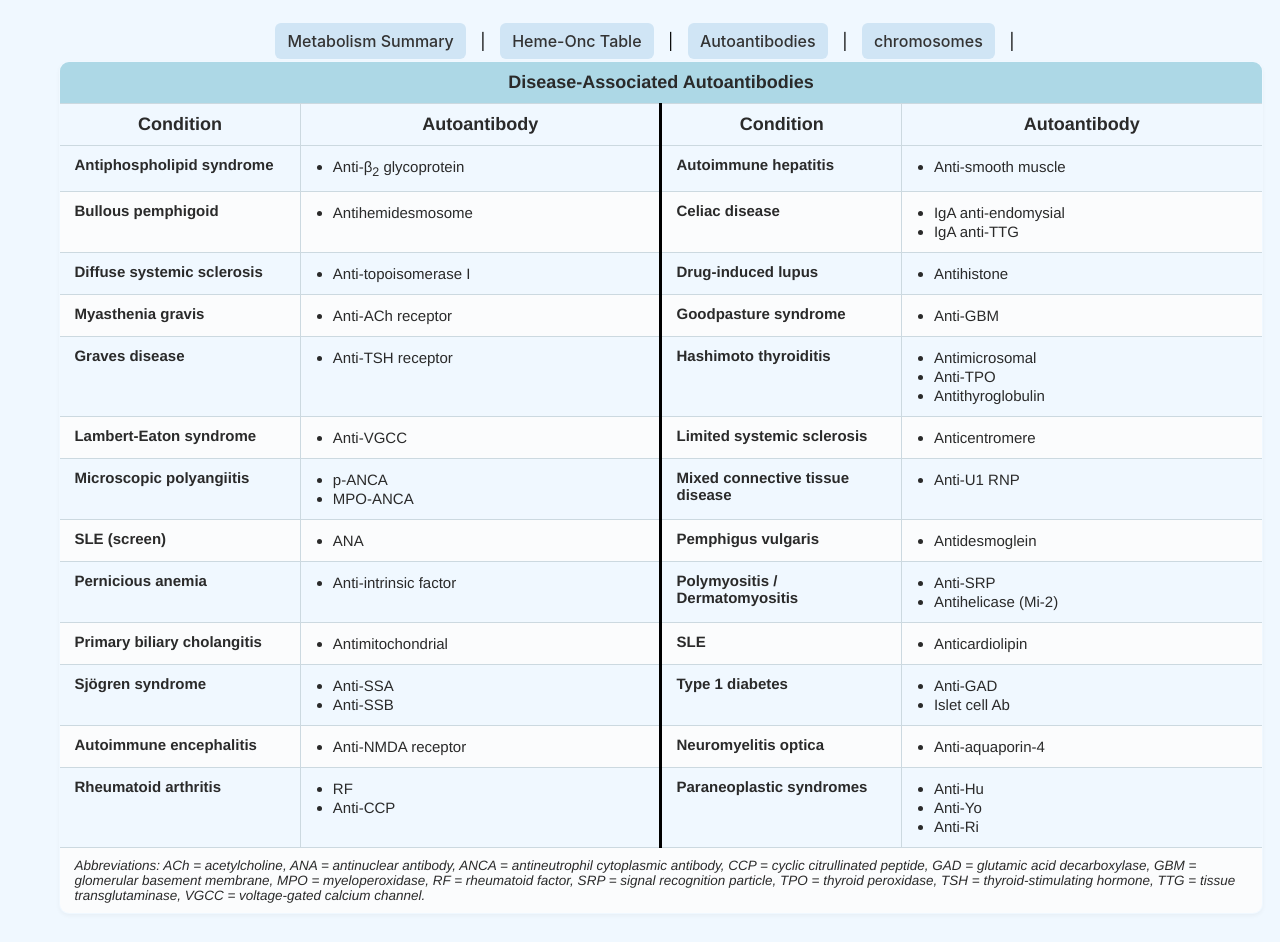
Repository: sharperdragon/STEVEL-1-Summaries
Page: subdex/autoantibodies.html
These files come from the project's save history. The page is drawn as it stood at one moment and after a run of saves; the edit follows.
The browser window is 1280 px wide. The pictures show the whole page.

Above is the page before, as saved 2025-05-19 07:03:11.

### subdex/autoantibodies.html
<!DOCTYPE html>
<html lang="en">
<head>
    <meta charset="UTF-8">
    <meta name="viewport" content="width=device-width, initial-scale=1.0">
    <title>Summary tables</title>
    <link rel="stylesheet" href="/STEVEL-1-Summaries/static/style.css">
    <link rel="icon" href="/STEVEL-1-Summaries/subdex/metabolism.html">
</head>

<body>
  <nav style="margin: 10px 0; text-align: center;">
  <a href="subdex/metabolism.html" class="nav-link">Metabolism Summary</a> |
  <a href="subdex/hemeonc.html" class="nav-link">Heme-Onc Table</a> |
  <a href="subdex/autoantibodies.html" class="nav-link">Autoantibodies</a> |
  <a href="subdex/chromosomes.html" class="nav-link">chromosomes</a> |
</nav>
<div class="table-responsive">
<table class="autoantibody-table" border="1" cellspacing="0" cellpadding="6" style="border-collapse: collapse; width: 100%;">
  <thead>
    <tr>
      <th colspan="4" style="background-color: #add8e6; text-align: center; font-size: 1.2em;">
        <strong>Disease-Associated Autoantibodies</strong>
      </th>
    </tr>
    <tr>
      <th style="background-color: #f0f8ff; text-align: center;">Condition</th>
      <th style="background-color: #f0f8ff; text-align: center; border-right: 3px solid black;">Autoantibody</th>
      <th style="background-color: #f0f8ff; text-align: center;">Condition</th>
      <th style="background-color: #f0f8ff; text-align: center;">Autoantibody</th>
    </tr>
  </thead>
  <tbody>
    <tr>
      <td><strong>Antiphospholipid syndrome</strong></td>
      <td style="border-right: 3px solid black;"><ul><li>Anti-β<sub>2</sub> glycoprotein</li></ul></td>
      <td><strong>Autoimmune hepatitis</strong></td>
      <td><ul><li>Anti-smooth muscle</li></ul></td>
    </tr>
    <tr>
      <td><strong>Bullous pemphigoid</strong></td>
      <td style="border-right: 3px solid black;"><ul><li>Antihemidesmosome</li></ul></td>
      <td><strong>Celiac disease</strong></td>
      <td><ul><li>IgA anti-endomysial</li><li>IgA anti-TTG</li></ul></td>
    </tr>
    <tr>
      <td><strong>Diffuse systemic sclerosis</strong></td>
      <td style="border-right: 3px solid black;"><ul><li>Anti-topoisomerase I</li></ul></td>
      <td><strong>Drug-induced lupus</strong></td>
      <td><ul><li>Antihistone</li></ul></td>
    </tr>
    <tr>
      <td><strong>Myasthenia gravis</strong></td>
      <td style="border-right: 3px solid black;"><ul><li>Anti-ACh receptor</li></ul></td>
      <td><strong>Goodpasture syndrome</strong></td>
      <td><ul><li>Anti-GBM</li></ul></td>
    </tr>
    <tr>
      <td><strong>Graves disease</strong></td>
      <td style="border-right: 3px solid black;"><ul><li>Anti-TSH receptor</li></ul></td>
      <td><strong>Hashimoto thyroiditis</strong></td>
      <td><ul><li>Antimicrosomal</li><li>Anti-TPO</li><li>Antithyroglobulin</li></ul></td>
    </tr>
    <tr>
      <td><strong>Lambert-Eaton syndrome</strong></td>
      <td style="border-right: 3px solid black;"><ul><li>Anti-VGCC</li></ul></td>
      <td><strong>Limited systemic sclerosis</strong></td>
      <td><ul><li>Anticentromere</li></ul></td>
    </tr>
    <tr>
      <td><strong>Microscopic polyangiitis</strong></td>
      <td style="border-right: 3px solid black;"><ul><li>p-ANCA</li><li>MPO-ANCA</li></ul></td>
      <td><strong>Mixed connective tissue disease</strong></td>
      <td><ul><li>Anti-U1 RNP</li></ul></td>
    </tr>
    <tr>
      <td><strong>SLE (screen)</strong></td>
      <td style="border-right: 3px solid black;"><ul><li>ANA</li></ul></td>
      <td><strong>Pemphigus vulgaris</strong></td>
      <td><ul><li>Antidesmoglein</li></ul></td>
    </tr>
    <tr>
      <td><strong>Pernicious anemia</strong></td>
      <td style="border-right: 3px solid black;"><ul><li>Anti-intrinsic factor</li></ul></td>
      <td><strong>Polymyositis / Dermatomyositis</strong></td>
      <td><ul><li>Anti-SRP</li><li>Antihelicase (Mi-2)</li></ul></td>
    </tr>
    <tr>
      <td><strong>Primary biliary cholangitis</strong></td>
      <td style="border-right: 3px solid black;"><ul><li>Antimitochondrial</li></ul></td>
      <td><strong>SLE</strong></td>
      <td><ul><li>Anticardiolipin</li></ul></td>
    </tr>
    <tr>
      <td><strong>Sjögren syndrome</strong></td>
      <td style="border-right: 3px solid black;"><ul><li>Anti-SSA</li><li>Anti-SSB</li></ul></td>
      <td><strong>Type 1 diabetes</strong></td>
      <td><ul><li>Anti-GAD</li><li>Islet cell Ab</li></ul></td>
    </tr>
    <tr>
      <td><strong>Autoimmune encephalitis</strong></td>
      <td style="border-right: 3px solid black;"><ul><li>Anti-NMDA receptor</li></ul></td>
      <td><strong>Neuromyelitis optica</strong></td>
      <td><ul><li>Anti-aquaporin-4</li></ul></td>
    </tr>
    <tr>
      <td><strong>Rheumatoid arthritis</strong></td>
      <td style="border-right: 3px solid black;"><ul><li>RF</li><li>Anti-CCP</li></ul></td>
      <td><strong>Paraneoplastic syndromes</strong></td>
      <td><ul><li>Anti-Hu</li><li>Anti-Yo</li><li>Anti-Ri</li></ul></td>
    </tr>
    <tr>
      <td colspan="4" style="font-size: 90%; padding-top: 10px;">
        <em>Abbreviations: ACh = acetylcholine, ANA = antinuclear antibody, ANCA = antineutrophil cytoplasmic antibody, CCP = cyclic citrullinated peptide, GAD = glutamic acid decarboxylase, GBM = glomerular basement membrane, MPO = myeloperoxidase, RF = rheumatoid factor, SRP = signal recognition particle, TPO = thyroid peroxidase, TSH = thyroid-stimulating hormone, TTG = tissue transglutaminase, VGCC = voltage-gated calcium channel.</em>
      </td>
    </tr>
  </tbody>
</table>
</div>
</body>

### static/style.css
:root {
  --header-bg: #d0e5f5;
  --subheader-bg: #f7f9fa;
  --border-color: #ccd9e0;
  --strong-divider: #6c8ca3;
  --row-alt-bg: #fbfcfd;
  --text-color: #2a2a2a;
  --font: "Helvetica Neue", Helvetica, Arial, sans-serif;
  --base-font-size: 15px;
  --header-font-size: 18px;
}
body {max-width: 100vw;}

.autoantibody-table {
  max-width: 94vw;
  border-collapse: collapse;
  font-family: var(--font);
  color: var(--text-color);
  font-size: var(--base-font-size);
  border: 1px solid var(--border-color);
  border-radius: 10px;
  overflow: hidden;
  margin: 1vh 3vw 1vh 3vw;
  box-shadow: 0 2px 4px rgba(0, 0, 0, 0.04);
}

.autoantibody-table th,
.autoantibody-table td {
  padding: 10px 14px;
  border: 1px solid var(--border-color);
  vertical-align: top;
  text-align: left;
}

/* Header styling */
.autoantibody-table thead th {
  background-color: var(--header-bg);
  font-size: var(--header-font-size);
  font-weight: 600;
  text-align: center;
}

/* Alternate row background */
.autoantibody-table tbody tr:nth-child(even) {
  background-color: var(--row-alt-bg);
}

/* Strong divider between antibody (col 2) and condition (col 3) */
.autoantibody-table td:nth-child(2) {
  border-right: 3px solid var(--strong-divider);
}

/* Condition columns emphasis */
.autoantibody-table td:nth-child(1),
.autoantibody-table td:nth-child(3) {
  font-weight: 500;
  width: 20%;
}

/* Antibody columns can expand more */
.autoantibody-table td:nth-child(2),
.autoantibody-table td:nth-child(4) {
  width: 30%;
}

/* Bullet list formatting */
.autoantibody-table ul {
  margin: 0;
  padding-left: 18px;
}

.autoantibody-table li {
  margin: 2px 0;
}

/* Responsive font scaling — enlarged */
@media (max-width: 1024px) {
  :root {
    --base-font-size: 15px;
    --header-font-size: 17px;
  }
}

@media (max-width: 768px) {
  :root {
    --base-font-size: 14px;
    --header-font-size: 16px;
  }
}

@media (max-width: 480px) {
  :root {
    --base-font-size: 13px;
    --header-font-size: 15px;
  }
}
body {
    font-family: "Rubik", -apple-system, system-ui, BlinkMacSystemFont, Segoe UI, Roboto, Helvetica, Arial, sans-serif;
    margin: 20px;
    padding: 1px;
    max-width: -webkit-fill-available;
    background-color: aliceblue;
}

.container {
    max-width: 98vw;
    margin: 3% auto;
    padding: 2%;
    background: #ffffff;
    border-radius: 8px;
    box-shadow: 0 4px 6px rgba(0, 0, 0, 0.1);
    display: flex;
    flex-direction: column; /* Stacks items vertically */
    align-items: unset; /* Centers items horizontally */
    gap: 3px; /* Adds consistent spacing */
}

h1 {
    text-align: center;
    color: #333333;
    padding: 1%;
}

label {
    font-weight: bold;
    margin: 0;
    display: block;
    padding: 1px;
}

textarea {
    width: 95%;
    margin-bottom: 10px;
    min-height:150px;
    padding: 10px;
    border: 1px solid #ddd;
    border-radius: 8px;
    padding: 1%;
    max-width: -webkit-fill-available;
}

/* Fix all divs to maintain consistent height */
div {
    position: relative; /* Prevents hover effects from changing layout */

}

/* Button Styles */
button {
    background-color: #007bff;
    display: inline-flex;
    gap: 10px;
    color: white;
    border: none;
    padding: 10px 15px;
    border-radius: 15px;
    cursor: pointer;
    font-size: 105%;
    box-shadow: 0 5px 10px rgba(0, 0, 0, 0.2);
    transition: transform 0.2s ease, box-shadow 0.2s ease;
    position: relative; /* Lock button in place */
    box-sizing: border-box; /* Ensure padding and border don't affect size */
    z-index: 1; /* Ensure hover effects stay above other elements */
    margin: 10px;
}

/* Hover effect without shifting elements */
button:hover {
    background-color: #0c66c6;
    color: offwhite;
    box-shadow: 0 8px 12px rgba(0, 0, 0, 0.3);
    transform: translateY(2px); /* Hover effect without affecting layout */
}

div#selection_buttons {
    display: flex;
    justify-content: space-between;
    align-items: center;
    width: 95%;
    margin: 0 0 1px 0;
    margin-top: 4px;
}

#mode_section {
    position: absolute;  /* Fixed positioning */
    top: 2px;
    right: 4px;
    width: 75px;         /* 🔒 Lock width */
    height: 20px;         /* 🔒 Lock height */
    background-color: #f9fbff;
    border: 2px solid #cee1fe;
    border-radius: 8px;
    padding: 4px 7px;
    font-size: 95%;
    opacity: 0.6;
    transition: background-color 0.3s ease, opacity 0.3s ease;
    display: flex;
    align-items: center;
    justify-content: center;
    z-index: 200;
}

#mode_section:hover {
    opacity: 1;
    background-color: #e8f0ff;
    border-top-left-radius:0px;
    border-bottom-left-radius:0px;
    border-left: none;
}

#mode_section span {
    font-weight: bold;
    pointer-events: none; /* So only the container triggers hover */
}
/* Hide the options by default */
.options_container {
    display: none;
    position: absolute;
    top: -2px;  /* below the #mode_section */
    right: 89px;
    /* background-color: white; */
    box-shadow: 0 6px 10px rgba(0, 0, 0, 0.1);
    padding: 0px;
    border-radius: 8px;
    z-index: 300;
    flex-direction: column;
    gap: 0;
    object-fit:contain;
    /* min-width: 120px; */
}

/* Reveal on hover without affecting layout */
#mode_section:hover .options_container {
    display: flex;
    border-top-right-radius:0px;
    border: 1px solid #d0e3ff;
    overflow:hidden;
}

.field_option {
    position: relative;
    overflow: hidden;
    cursor: pointer;
    font-size: 16px;
    transition: background-color 0.2s ease, transform 0.1s ease;
    background-color: #ffffff;
    padding: 10px 14px;
    border-radius: 0px;
    box-shadow: 0 -px 8px rgba(0, 0, 0, 0.1);
    margin: 0.2px 0;
    width: 60px;
    overflow:hidden;
}

.field_option:hover {
    background-color: #e0ecff;
    overflow:hidden;
}

.field_option:active {
    background-color: #d0dcf5;
    transform: scale(0.96);
    overflow:hidden;
}

.selected_field_option {
    background-color: #b9cdf9 !important;
    color: #003366;
    font-weight: bold;
}




/* Container for question list */
div#question_list {
    display: flex;
    flex-wrap: wrap; /* Allow wrapping of items to next row */
    gap: 10px; /* Space between items */
    overflow-x: auto; /* Enable horizontal scrolling */
    overflow-y: hidden; /* Disable vertical overflow */
    width: 95%;
    padding: 10px;
    box-sizing: border-box;
    border: 1px solid #b7d7fa;
    border-radius: 10px;
    min-height: 100px; /* Set a fixed height */
    max-height:60vh;
    overflow:auto;
}

/* Styling for each individual label (checkbox item) */
#question_list label {
    display: flex;
    align-items: center;
    justify-content: flex-start;
    box-sizing: border-box;
    padding: 1px 2px;
    background-color: #f9f9f9;
    border: 1px solid #ddd;
    border-radius: 5px;
    cursor: pointer;
    width: fit-content; /* 10 questions per row, adjust the width accordingly */
    min-width: 230px;
    word-wrap: normal; /* Break long words if necessary */
    max-height: 38px;
    padding: 8px 2px;
}
#question_list label span.id {
    padding-right:4px;
}

/* Ensures the checkboxes and text are aligned correctly */
#question_list input[type="checkbox"] {
    margin-right: 10px; /* Space between checkbox and text */
}

/* Styling for the question number */
.number {
    margin-right: 8px; /* Adjust the space between the number and ID */
}

.id {
    opacity: 0.7; /* Maintain the desired opacity for the question ID */
}

#copy_button {
    margin-left: auto;
}


/* Updated history section */
div#history_section {
    display: flex;
    gap: 10px;
    align-items: flex-start;
    margin-bottom: 10px;
}

div#history_section > div {
    flex: 1;
}

div#history_section > div > label {
    margin: 0;
}

div#history_section > div > select {
    width: 100%;
}

#history_select {
    padding: 8px;
    font-size: 100%;
    border-radius: 8px;
    border: 1px solid #ddd;
    background-color: #fff;
    box-shadow: 0 2px 4px rgba(0,0,0,0.05);
    transition: border-color 0.3s ease, box-shadow 0.3s ease;
}

#history_select:focus {
    border-color: #007bff;
    outline: none;
    box-shadow: 0 0 5px rgba(0,123,255,0.5);
}

.input-history-wrapper {
    display: flex;
    flex-direction: column;
    gap: 8px;
    margin-bottom: 12px;
}

.sticky-history {
    position: static;
    z-index: auto;
    background-color: white;
    padding-top: 4px;
    padding-bottom: 8px;
}

.history-feedback {
    position: relative;
    right: 0;
    top: -10px;
    font-size: 14px;
    color: green;
    animation: floatUpFade 0.7s ease forwards;
    pointer-events: none;
    user-select: none;
    z-index: 1000;
    white-space: nowrap;
}

/* Subtle button press animation */
button:active {
    transform: translateY(1px);
    box-shadow: 0 3px 6px rgba(0, 0, 0, 0.2);
}

/* Make Clear History button a bit smaller and softer */
#clear_history_button {
    background: linear-gradient(to bottom, #ffffff, #f0f0f5);
    color: #007aff;
    border: 1px solid #d1d1d6;
    border-radius: 12px;
    font-weight: 500;
    font-size: 90%;
    padding: 6px 10px;
    cursor: pointer;
    transition: background 0.3s ease, transform 0.2s ease;
    margin-left: 5px;
    margin-top: 5px;
}

#clear_history_button:hover {
    background: #e5e5ea;
}

.ripple {
    position: relative;
    width: 10px;
    height: 10px;
    background: rgba(0, 123, 255, 0.4);
    opacity: 1;
    border-radius: 50%;
    transform: scale(0);
    animation: ripple-animation 0.6s linear;
    pointer-events: none;
    z-index: 0;
}

@keyframes ripple-animation {
    to {
        transform: scale(15);
        opacity: 0;
    }
}

.nav-link {
  margin: 0 10px;
  padding: 8px 12px;
  background-color: #d0e5f5;
  text-decoration: none;
  color: #333;
  border-radius: 6px;
  font-weight: 500;
}
.nav-link:hover {
  background-color: #add8e6;
}

After the next 3 saves:
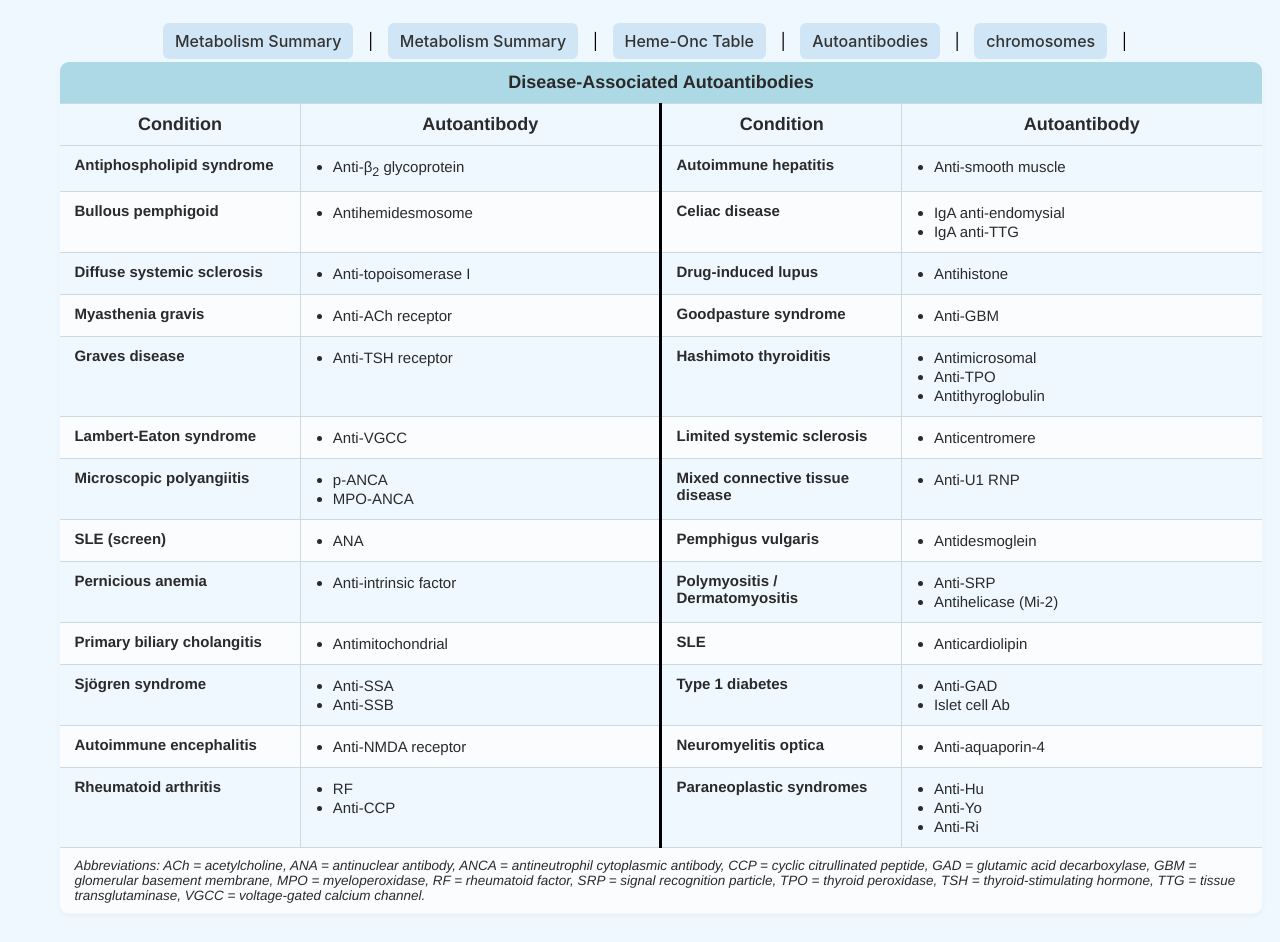
The 3 saves are shown as one change because they came seconds apart.
The last was saved 15 min 30 s later.
--- a/subdex/autoantibodies.html
+++ b/subdex/autoantibodies.html
@@ -10,7 +10,8 @@
 
 <body>
   <nav style="margin: 10px 0; text-align: center;">
-  <a href="subdex/metabolism.html" class="nav-link">Metabolism Summary</a> |
+  <a href="subdex/metabolism.html" class="nav-link">Metabolism Summary</a>   |
+    <a href="subdex/metabolism.html" class="nav-link">Metabolism Summary</a> |
   <a href="subdex/hemeonc.html" class="nav-link">Heme-Onc Table</a> |
   <a href="subdex/autoantibodies.html" class="nav-link">Autoantibodies</a> |
   <a href="subdex/chromosomes.html" class="nav-link">chromosomes</a> |
